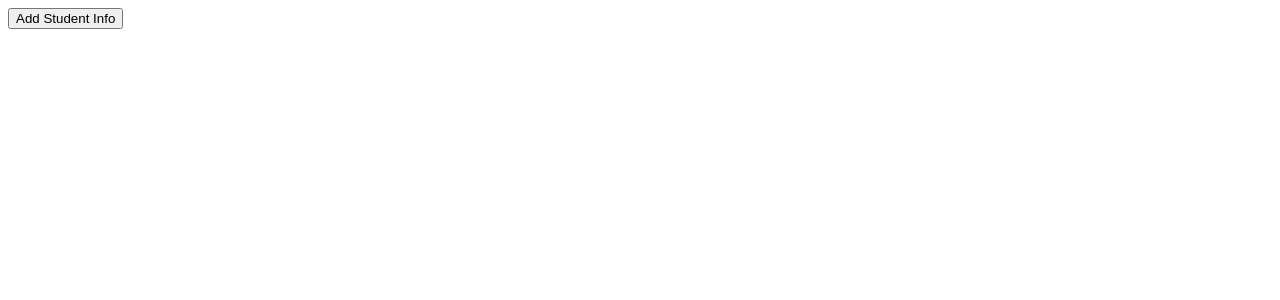
Repository: jks2127/SMS-webApp
Page: sms 1.2/WebContent/Options.html
An editor plug-in stored every save of this project. The page is shown before and after the next save, followed by the edit.
The browser window is 1280 px wide. The pictures show the whole page.

Above is the page before, as saved 2021-06-12 10:41:43.

### sms 1.2/WebContent/Options.html
<!DOCTYPE html>
<html>
<head>
<meta charset="ISO-8859-1">
<title>Insert title here</title>
</head>
<body>
	<form action="">
		<button>Add Student Info</button>
	</form>
</body>
</html>

After the next save:
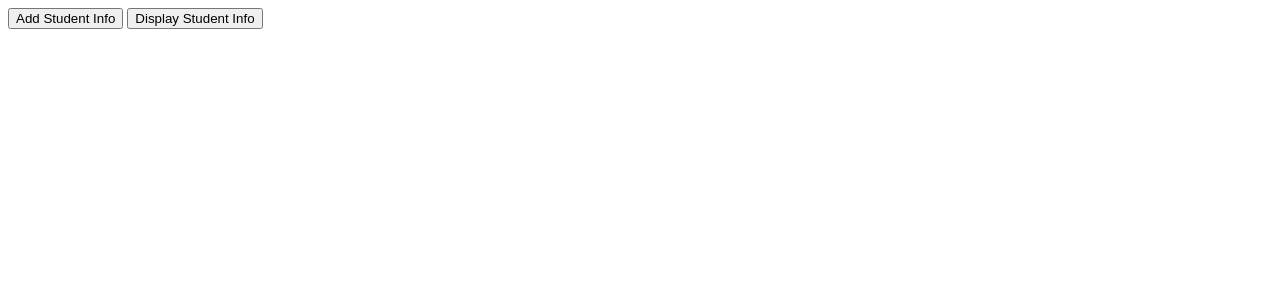
Saved 25 s later.
--- a/sms 1.2/WebContent/Options.html
+++ b/sms 1.2/WebContent/Options.html
@@ -7,6 +7,7 @@
 <body>
 	<form action="">
 		<button>Add Student Info</button>
+		<button>Display Student Info</button>
 	</form>
 </body>
 </html>
